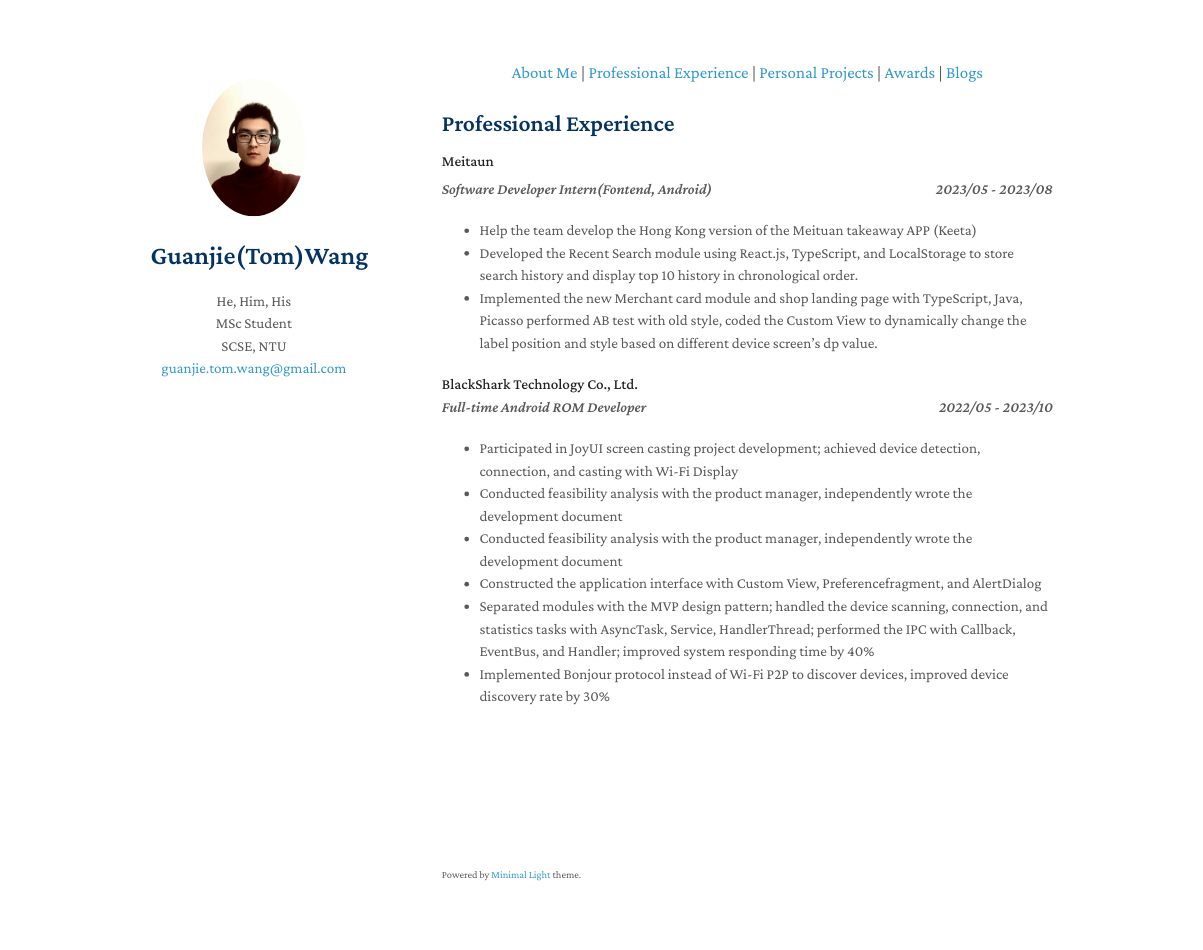
Repository: guanjie01/aboutme
Page: html/professional.html
An editor plug-in stored every save of this project. The page is shown before and after the next save, followed by the edit.
The browser window is 1280 px wide. The pictures show the whole page, at 94% of full size.

Above is the page before, as saved 2023-07-31 18:45:46.

After the next save:
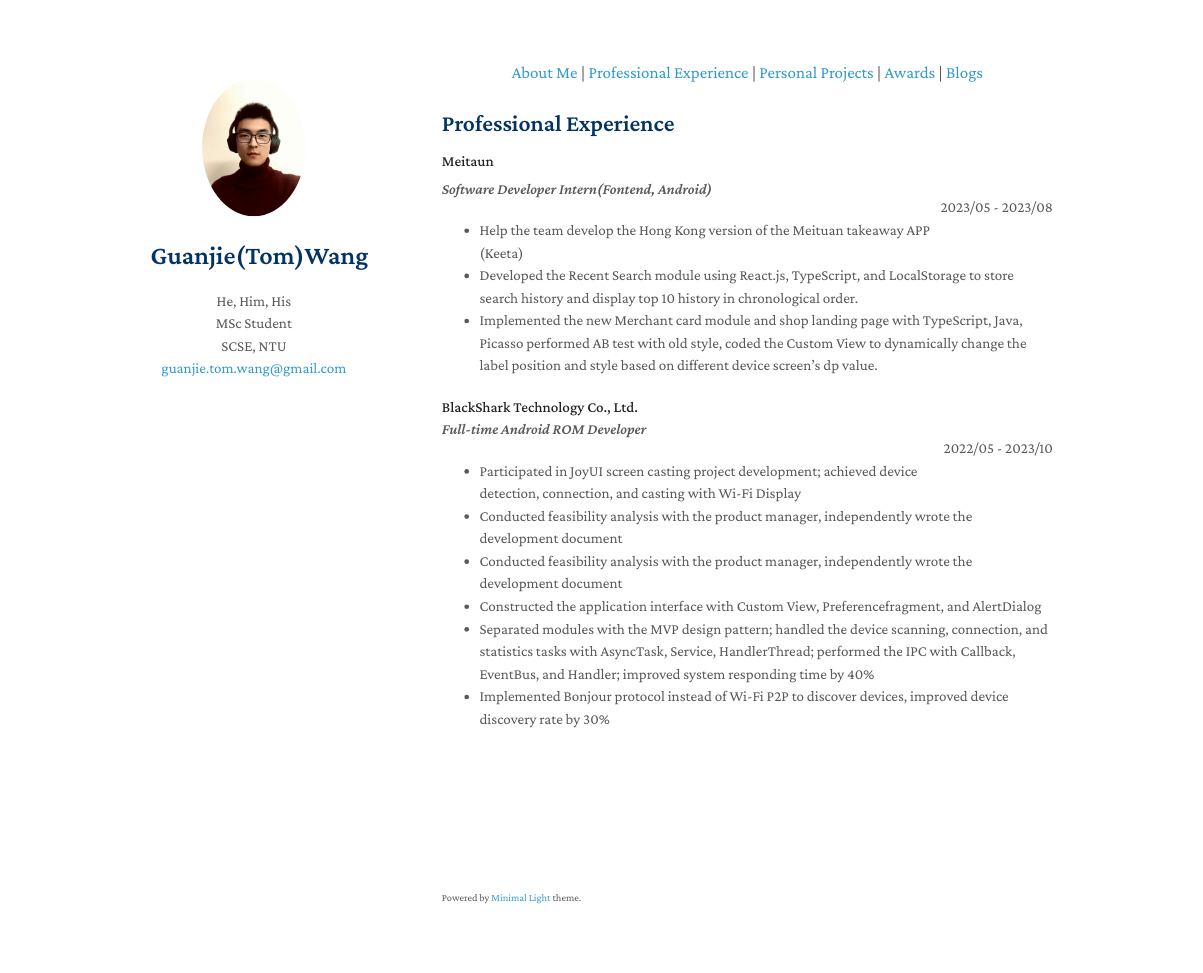
Saved 32 s later.
--- a/html/professional.html
+++ b/html/professional.html
@@ -76,7 +76,7 @@
         <br/>
         <p>
           <em style="float:left;">Software Developer Intern(Fontend, Android)</em>
-          <em style="float:right;margin-left:10px;">2023/05 - 2023/08</em>
+          <p style="float:right;margin-left:10px;">2023/05 - 2023/08</p>
         </p>
 
         <br/>
@@ -100,7 +100,7 @@
         <p>
           <em style="float:left;">Full-time Android ROM Developer</em>
 
-          <em style="float:right;margin-left:10px;">2022/05 - 2023/10</em>
+          <p style="float:right;margin-left:10px;">2022/05 - 2023/10</p>
         </p>
         <br/>
         <ul>
